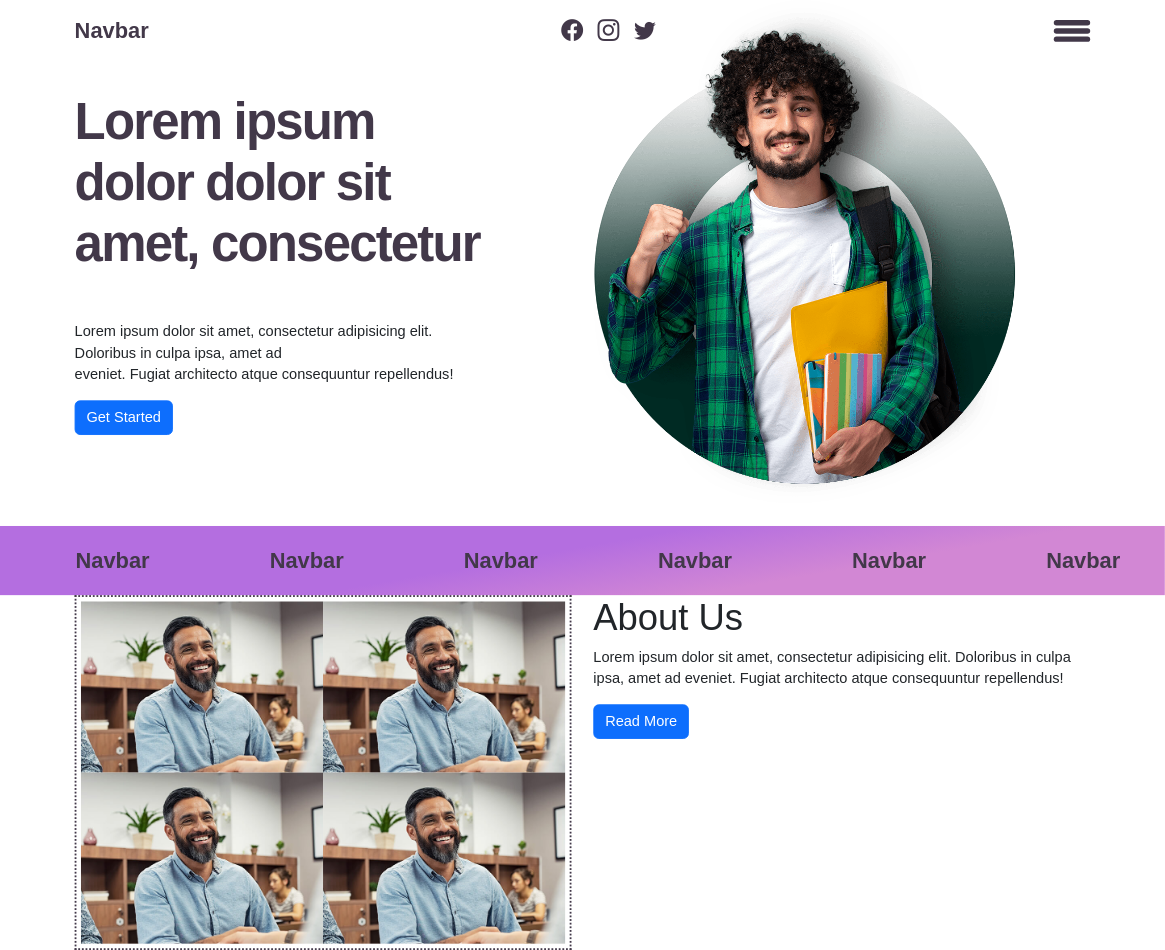
Repository: tagnam/project27012025
Page: index.html
An editor plug-in stored every save of this project. The page is shown before and after the next save, followed by the edit.
The browser window is 1280 px wide. The pictures show the whole page, at 91% of full size.

Above is the page before, as saved 2025-01-27 16:27:24.

After the next save:
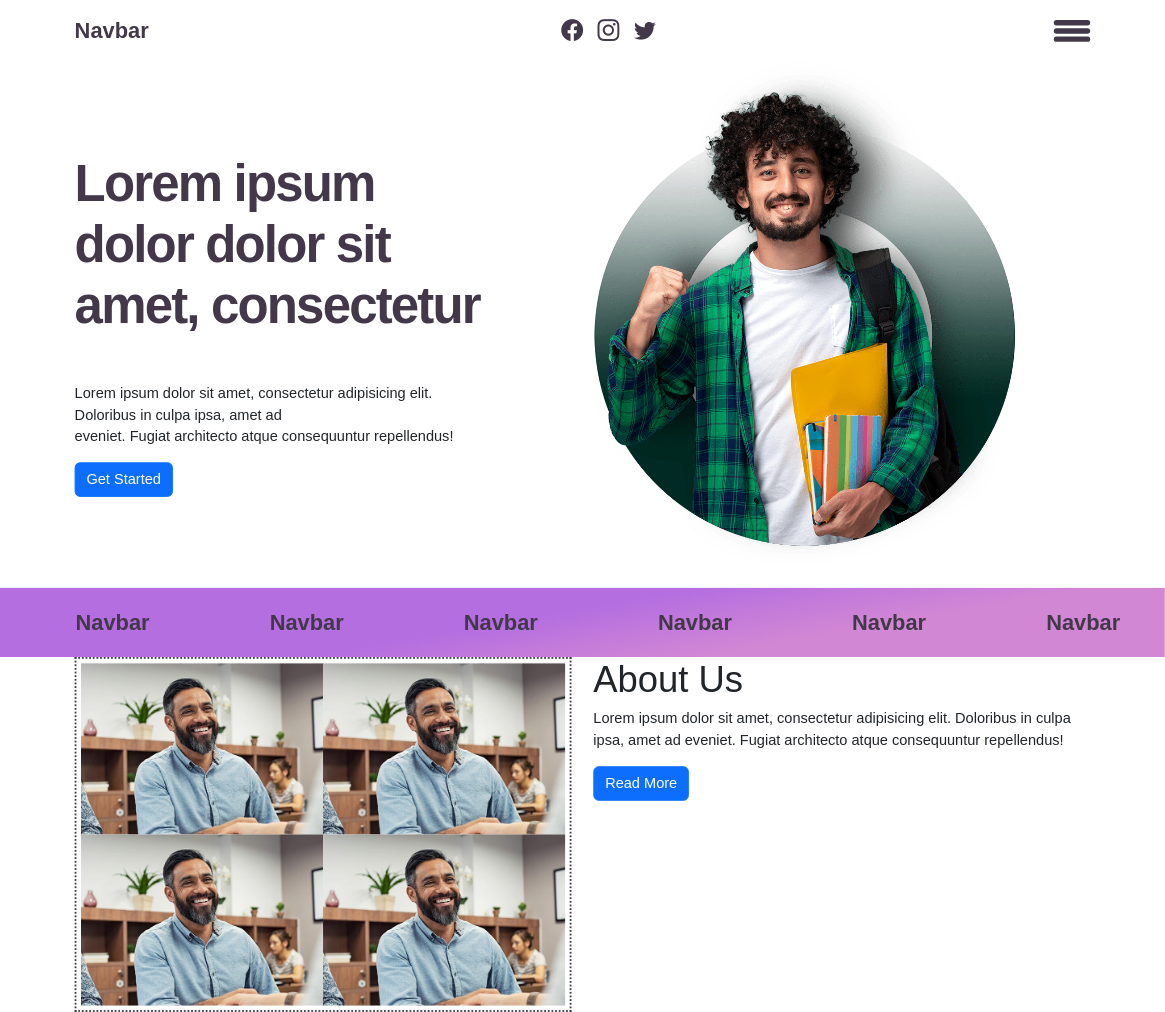
Saved 70 s later.
--- a/style/css/index.css
+++ b/style/css/index.css
@@ -25,12 +25,12 @@ body{
 
 }
 
-header{
+/* header{
     position: fixed;
     top: 0;
     z-index: 1000;
 width: 100%;
-}
+} */
 
 .navbar-brand{
     font-size: 1.5rem;
